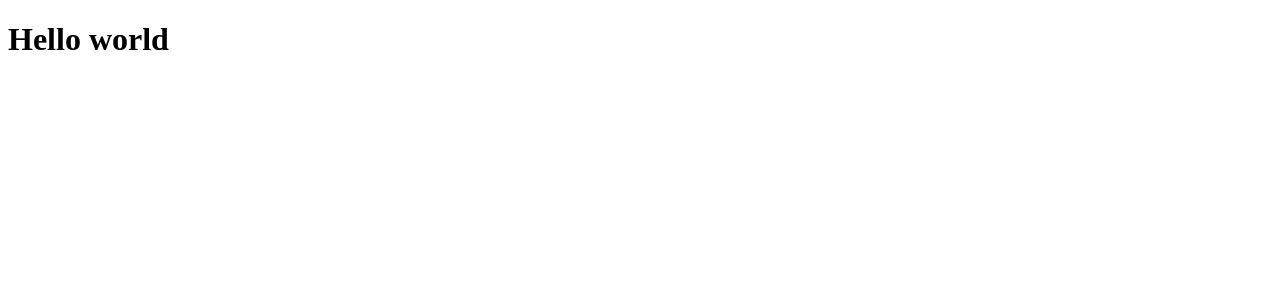
Repository: MarwaJacob/kaproject
Page: index.html
An editor plug-in stored every save of this project. The page is shown before and after the next save, followed by the edit.
The browser window is 1280 px wide. The pictures show the whole page.

Above is the page before, as saved 2025-10-22 21:41:10.

### index.html
<!DOCTYPE html>
<html lang="en">
<head>
    <meta charset="UTF-8">
    <meta name="viewport" content="width=device-width, initial-scale=1.0">
    <title>hello name project</title>
    <link rel="stylesheet" href="style.css">
</head>
<body>

    <div class="container">
        <h1>Hello world</h1>


    </div>











    <script src="script.js"></script>

</body>
</html>

Loaded but not shown: style.css (no stored copy; drawn as an empty file); script.js (no stored copy; drawn as an empty file)

After the next save:
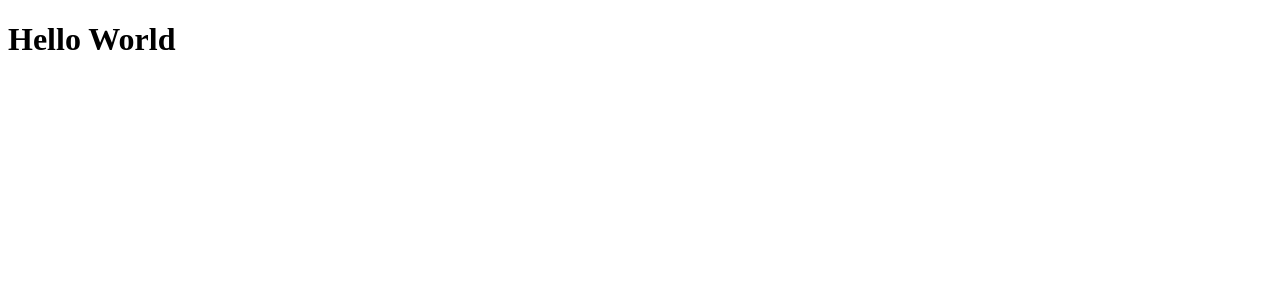
Saved 39 s later.
--- a/index.html
+++ b/index.html
@@ -9,7 +9,7 @@
 <body>
 
     <div class="container">
-        <h1>Hello world</h1>
+        <h1>Hello <span>World</span></h1>
 
 
     </div>
